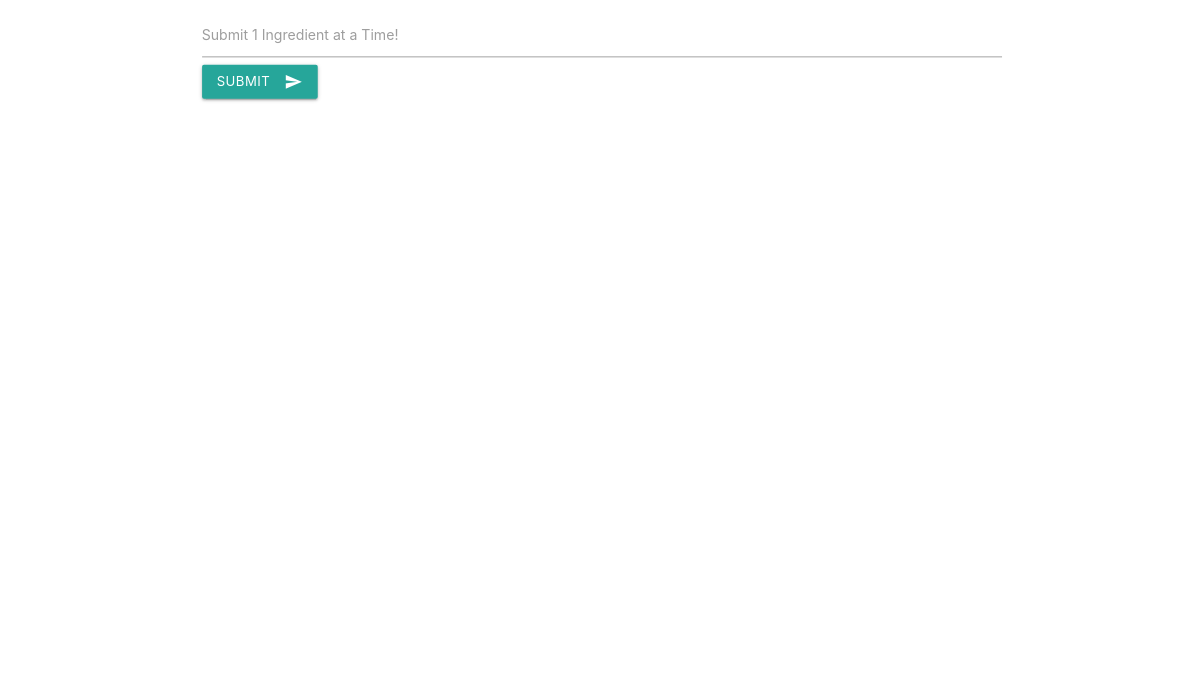
Repository: Aaron-R-Carter/Project1
Page: prototype.html
The author's editor kept a copy of each file at every save. The page is drawn from the files as they stood at one save, then again after the next save.
The browser window is 1280 px wide. The pictures show the whole page, at 94% of full size.

Above is the page before, as saved 2019-11-03 19:01:02.

### prototype.html
<!DOCTYPE html>
<html>

<head>
    <!--Import Google Icon Font-->
    <link href="https://fonts.googleapis.com/icon?family=Material+Icons" rel="stylesheet">
    <!--Import materialize.css-->
    <link rel="stylesheet" href="https://cdnjs.cloudflare.com/ajax/libs/materialize/1.0.0/css/materialize.min.css">
    <link rel="stylesheet" href="./prototype.css">
    <!--Let browser know website is optimized for mobile-->
    <meta name="viewport" content="width=device-width, initial-scale=1.0" />

</head>

<body>
    <div class="container" id="main-forms-container">
        <div class="row" id="form-row">
            <form class="col s12" id="form-column">
                <div class="input-field col s12">
                    <!-- <i class="material-icons prefix">textsms</i> -->
                    <input type="text" id="ingredients-input" class="autocomplete">
                    <label for="autocomplete-input">Submit 1 Ingredient at a Time!</label>
                <br>
                    <button class="btn waves-effect waves-light" type="submit" name="action">Submit
                    <i class="material-icons right">send</i>
                </button>

                </div>
            </form>
        </div>
        <div class="row" id="chips-row">
            <div class="col s12" id="chips-column">


            </div>
        </div>

        <div class="row" id="submit-row">
            <div class="col s12" id="submit-column">

            </div>
        </div>
    </div>

    <script src="https://code.jquery.com/jquery-3.4.1.min.js"
        integrity="sha256-CSXorXvZcTkaix6Yvo6HppcZGetbYMGWSFlBw8HfCJo=" crossorigin="anonymous"></script>
    <script src="https://cdnjs.cloudflare.com/ajax/libs/materialize/1.0.0/js/materialize.min.js"></script>
    <script src="./prototype.js"></script>

</body>

</html>

### prototype.css
#form-page {
    width: 100%;
}

.label {
    font-size: 15px;
}

### Prototype.js
var form = $("#form-column");
var input = $("#ingredients-input");
var chipsColumn = $("#chips-column");
var ingredientsArray = [];
form.on("submit", function(event){
   event.preventDefault();
   // get the Materialize object
   var chipInstance = M.Chips.getInstance($("#ingredients"));
   // get the data from the chip object
   var ingredientsData = chipInstance.chipsData;
   // create a new blank array
   ingredientsArray = [];
   // loop over our data object and create our array of ingredients
   ingredientsData.forEach(function(ingredient){
       ingredientsArray.push(ingredient.tag);
   });
   console.log(ingredientsArray);
   renderIngredients(ingredientsArray);
});
function renderIngredients() {
   var ul = $("<ul>");
   ingredientsArray.forEach(function(ingredient){
       ul.append($("<li>").text(ingredient));
   });
   $("body").append(ul);
}
$("#ingredients").chips();
var ingredientsString = ingredientsArray.join("&");




// var form = $("#form-column");
// var input = $("#ingredients-input");
// var chipsColumn = $("#chips-column");
// var ingredientsArray= [];
// // var ingredientsString = ingredientsArray.join();


// form.on("submit", function(event){
//    event.preventDefault();
//    var inputVal = input.val();
//    // console.log(inputVal);
//    ingredientsArray.push(inputVal);
//    console.log(ingredientsArray);
//    // console.log(ingredientsString);
//    renderChips();
//    input.val("");
// });
// function renderChips(){
//    //create html element;
//    var chipsColumn = $("#chips-column");
//    var div = $("<div>");
//    var p = $("<p>").text(input.val());
//    div.append(p);
//    chipsColumn.append(div);


// }

// var form = $("#form-column");
// var input = $("#ingredients-input");
// var chipsColumn = $("#chips-column");
// var ingredientsArray = [];
// form.on("submit", function(event){
//    event.preventDefault();
//    // get the Materialize object
//    var chipInstance = M.Chips.getInstance($("#ingredients"));
//    // get the data from the chip object
//    var ingredientsData = chipInstance.chipsData;
//    // create a new blank array
//    ingredientsArray = [];
//    // loop over our data object and create our array of ingredients
//    ingredientsData.forEach(function(ingredient){
//        ingredientsArray.push(ingredient.tag);
//    });
//    console.log(ingredientsArray);
//    renderIngredients(ingredientsArray);
// });
// function renderIngredients() {
//    var ul = $("<ul>");
//    ingredientsArray.forEach(function(ingredient){
//        ul.append($("<li>").text(ingredient));
//    });
//    $("body").append(ul);
// }
// $("#ingredients").chips();
// // var ingredientsString = ingredientsArray.join("&")

// Aaron C 12:22 PM
// var form = $("#form-column");
// var input = $("#ingredients-input");
// var chipsColumn = $("#chips-column");
// var ingredientsArray= [];
// form.on("submit", function(event){
//    event.preventDefault();
//    var inputVal = input.val();
//    console.log(inputVal);
//    ingredientsArray.push(inputVal);
//    console.log(ingredientsArray);
//    input.val("");
// });
// function renderChips(){
//    //create html element
// }

// Aaron C 12:46 PM
// function renderChips(){
//    // loop through elements to re-render array each time
//    // create html element
//    // clear array
// Zip
// materialize_sandbox.zip
// 6 kB Zip — Click to download


// Sophie Leigh 1:28 PM
// function renderChips(){
//    //create html element;
//    var chipsColumn = $("#chips-column");
//    var div = $("<div>");
//    var p = $("<p>").text(input.val());
//    div.append(p);
//    chipsColumn.append(div);
// }
// Sophie Leigh 1:52 PM
// https://zoom.us/j/447383371?pwd=Y3AwQUhFbDVqYVlwczVMY2FlNWpYQT09

// Zoom VideoZoom Video
// Join our Cloud HD Video Meeting now
// Zoom is the leader in modern enterprise video communications, with an easy, reliable cloud platform for video and audio conferencing, chat, and webinars across mobile, desktop, and room systems. Zoom Rooms is the original software-based conference room solution used around the world in board, conference, huddle, and training rooms, as well as executive offices and classrooms. Founded in 2011, Zoom helps businesses and organizations bring their teams together in a frictionless environment to get more done. Zoom is a publicly traded company headquartered in San Jose, CA.(13 kB)
// https://d24cgw3uvb9a9h.cloudfront.net/static/93744/image/thumb.png
// Aaron C 6:03 PM
// the branch was never merged
// in the pull request, can you merge it @Andrew Richard ?
// Andrew Richard 7:39 PM
// should be merge now
// Aaron C 7:39 PM
// Awesome thanks!
// Aaron C 5:59 PM
// Hey guys if anyone wants to cancel I’m fine with that. Let me know if you’re for it
// Chris Walters 6:01 PM
// I am still working on my homework .  I can join the call but I have not worked on traversing the dom to get the recipe info yet.. i will be working all night on my computer but if you need me to join i am more than happy to i just dont know how much i will be able to add
// :+1:
// 1

// Aaron C 6:15 PM
// something broke in my version after David did that chip form, i'm not sure what it is but i cant type in the form anymore
// it looks like it's having trouble loading part of it it's super weird i have no clue
// Sophie Leigh 6:17 PM
// I'll be on my computer the whole night as well, if i can I can be of help.  i haven't been of much help, but I can see how challenging team collaboration is.  with my level of understanding,at this point, it's hard for me to contribute.  But I will help anyway I can...
// Aaron, can you slack me the code Dave gave you?
// Aaron C 6:18 PM
// <!DOCTYPE html>
// <html>
// <head>
//    <!--Import Google Icon Font-->
//    <link href="https://fonts.googleapis.com/icon?family=Material+Icons" rel="stylesheet">
//    <!--Import materialize.css-->
//    <link rel="stylesheet" href="https://cdnjs.cloudflare.com/ajax/libs/materialize/1.0.0/css/materialize.min.css">
//    <link rel="stylesheet" href="./style.css">
//    <!--Let browser know website is optimized for mobile-->
//    <meta name="viewport" content="width=device-width, initial-scale=1.0" />
// </head>
// <body>
//    <div class="container" id="main-forms-container">
//        <div class="chips" id="ingredients">
//        </div>
//        <div class="row" id="form-row">
//            <form class="col s12" id="form-column">˜
//                <button class="btn waves-effect waves-light" type="submit" name="action">Submit
//                    <i class="material-icons right">send</i>
//                </button>
//            </form>
//        </div>
//        <div class="row" id="chips-row">
//            <div class="col s12" id="chips-column">
//            </div>
//        </div>
//        <div class="row" id="submit-row">
//            <div class="col s12" id="submit-column">
//            </div>
//        </div>
//    </div>
//    <div id="main-container" class="container">
//        <div id="results-header-row" class="row">
//            <div id="results-header-col" class="col s12 center-align ">
//                <h2>Results</h2>
//            </div>
//        </div>
//        <div id="results-recipe-row" class="row">
//            <div id="results-recipe-col" class="col s12 center-align z-depth-2">
//                <h2>Recipe</h2>
//                <img src="./images/food-pic.jpeg" alt="" class="responsive-img" alt="recipe-test">
//            </div>
//        </div>
//    </div>
//    <script src="https://code.jquery.com/jquery-3.4.1.min.js"
//        integrity="sha256-CSXorXvZcTkaix6Yvo6HppcZGetbYMGWSFlBw8HfCJo=" crossorigin="anonymous"></script>
//    <script src="https://cdnjs.cloudflare.com/ajax/libs/materialize/1.0.0/js/materialize.min.js"></script>
//    <script src="./script.js"></script>
// </body>
// </html>

### style.css
#main-container{
    margin-top: 20px;
}

#results-recipe-col{
    padding:20px;
}

### script.js
var form = $("#form-column");

form.on("submit", function(event){
   event.preventDefault();
   var input = $("#ingredients-input");
   var inputVal = input.val();
   console.log(inputVal);
});

After the next save:
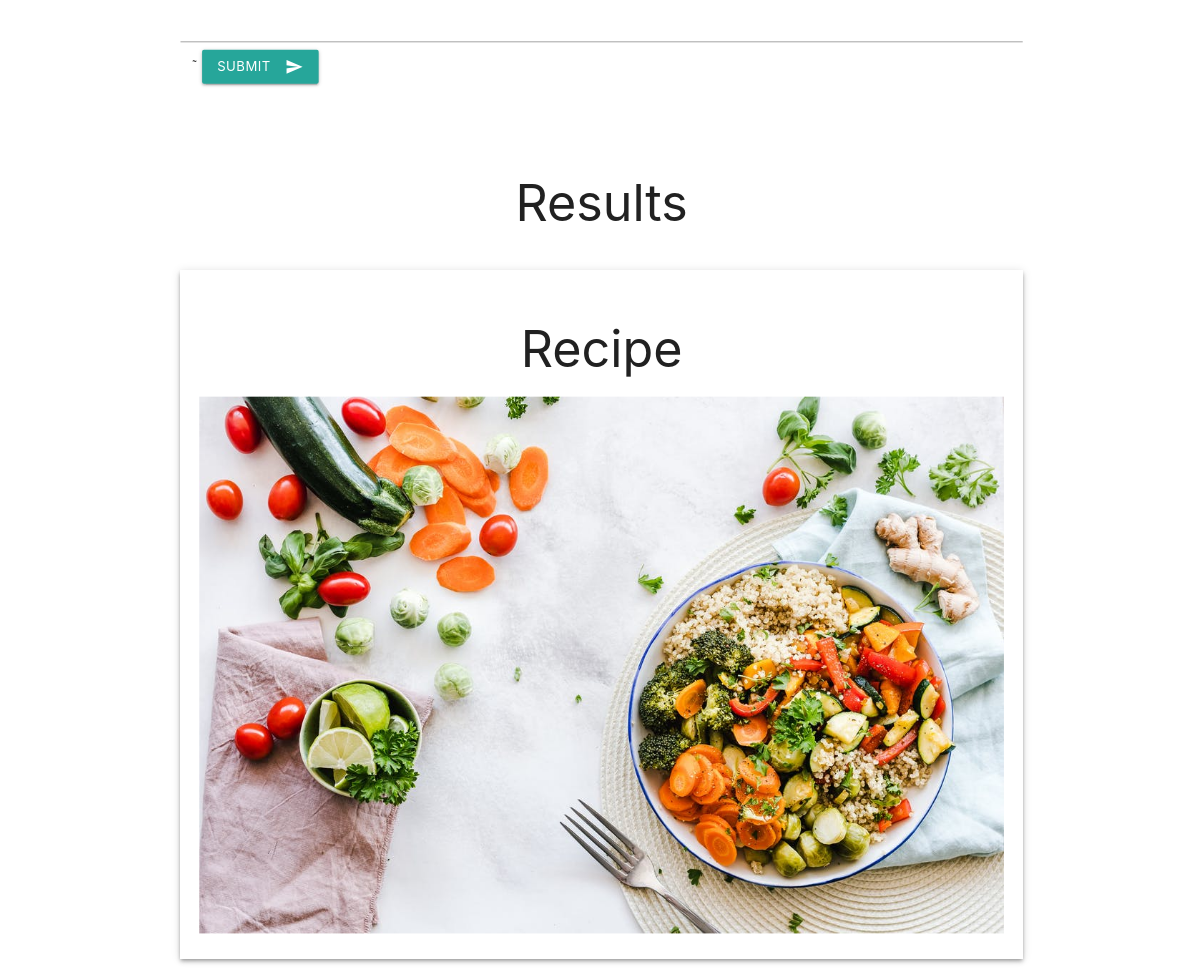
Saved 2 min 32 s later.
--- a/prototype.html
+++ b/prototype.html
@@ -6,38 +6,41 @@
     <link href="https://fonts.googleapis.com/icon?family=Material+Icons" rel="stylesheet">
     <!--Import materialize.css-->
     <link rel="stylesheet" href="https://cdnjs.cloudflare.com/ajax/libs/materialize/1.0.0/css/materialize.min.css">
-    <link rel="stylesheet" href="./prototype.css">
+    <link rel="stylesheet" href="./style.css">
     <!--Let browser know website is optimized for mobile-->
     <meta name="viewport" content="width=device-width, initial-scale=1.0" />
-
 </head>
 
 <body>
     <div class="container" id="main-forms-container">
+        <div class="chips" id="ingredients">
+        </div>
         <div class="row" id="form-row">
-            <form class="col s12" id="form-column">
-                <div class="input-field col s12">
-                    <!-- <i class="material-icons prefix">textsms</i> -->
-                    <input type="text" id="ingredients-input" class="autocomplete">
-                    <label for="autocomplete-input">Submit 1 Ingredient at a Time!</label>
-                <br>
-                    <button class="btn waves-effect waves-light" type="submit" name="action">Submit
+            <form class="col s12" id="form-column">˜
+                <button class="btn waves-effect waves-light" type="submit" name="action">Submit
                     <i class="material-icons right">send</i>
                 </button>
-
-                </div>
             </form>
         </div>
         <div class="row" id="chips-row">
             <div class="col s12" id="chips-column">
-
-
             </div>
         </div>
-
         <div class="row" id="submit-row">
             <div class="col s12" id="submit-column">
-
+            </div>
+        </div>
+    </div>
+    <div id="main-container" class="container">
+        <div id="results-header-row" class="row">
+            <div id="results-header-col" class="col s12 center-align ">
+                <h2>Results</h2>
+            </div>
+        </div>
+        <div id="results-recipe-row" class="row">
+            <div id="results-recipe-col" class="col s12 center-align z-depth-2">
+                <h2>Recipe</h2>
+                <img src="./images/food-pic.jpeg" alt="" class="responsive-img" alt="recipe-test">
             </div>
         </div>
     </div>
@@ -45,7 +48,7 @@
     <script src="https://code.jquery.com/jquery-3.4.1.min.js"
         integrity="sha256-CSXorXvZcTkaix6Yvo6HppcZGetbYMGWSFlBw8HfCJo=" crossorigin="anonymous"></script>
     <script src="https://cdnjs.cloudflare.com/ajax/libs/materialize/1.0.0/js/materialize.min.js"></script>
-    <script src="./prototype.js"></script>
+    <script src="./script.js"></script>
 
 </body>
 
